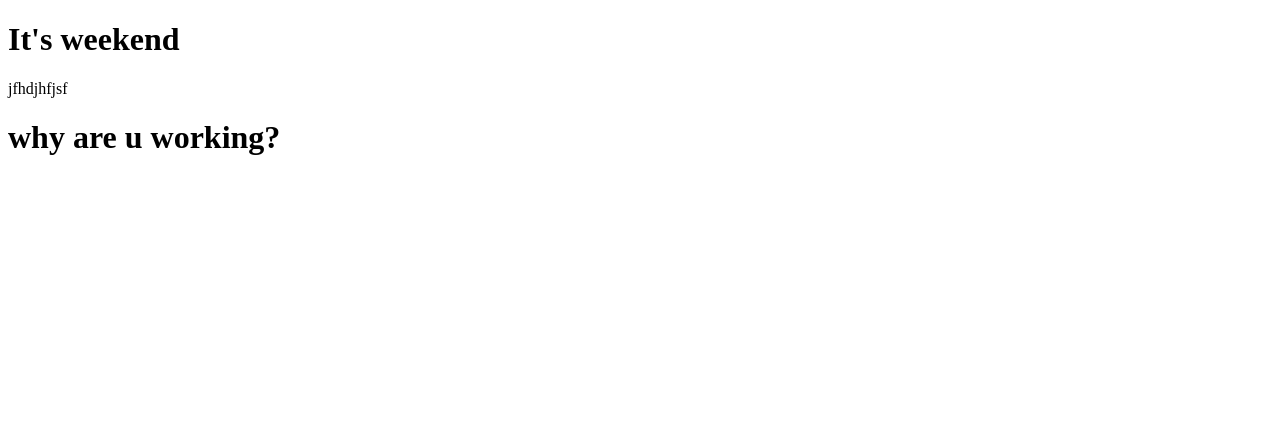
Repository: leyvamn2/todolist
Page: weekday.html
The author's editor kept a copy of each file at every save. The page is drawn from the files as they stood at one save, then again after the next save.
The browser window is 1280 px wide. The pictures show the whole page.

Above is the page before, as saved 2022-08-16 20:57:51.

After the next save:
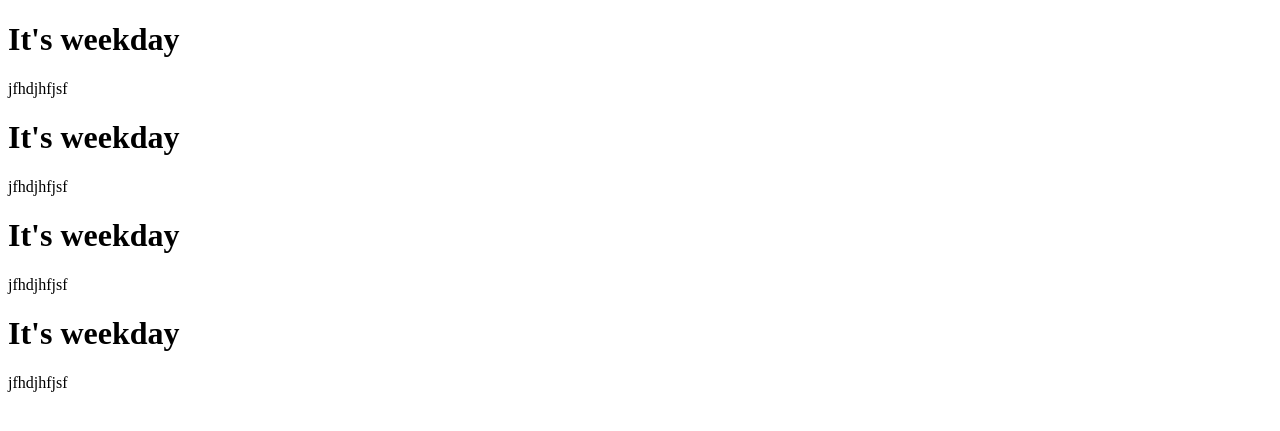
Saved 2 s later.
--- a/weekday.html
+++ b/weekday.html
@@ -5,8 +5,13 @@
         <title>To do List</title>
     </head>
     <body>
-        <h1>It's weekend</h1>
+        <h1>It's weekday</h1>
         <p>jfhdjhfjsf</p>
-        <h1>why are u working?</h1>
+        <h1>It's weekday</h1>
+        <p>jfhdjhfjsf</p>
+        <h1>It's weekday</h1>
+        <p>jfhdjhfjsf</p>
+        <h1>It's weekday</h1>
+        <p>jfhdjhfjsf</p>
     </body>
 </html>
